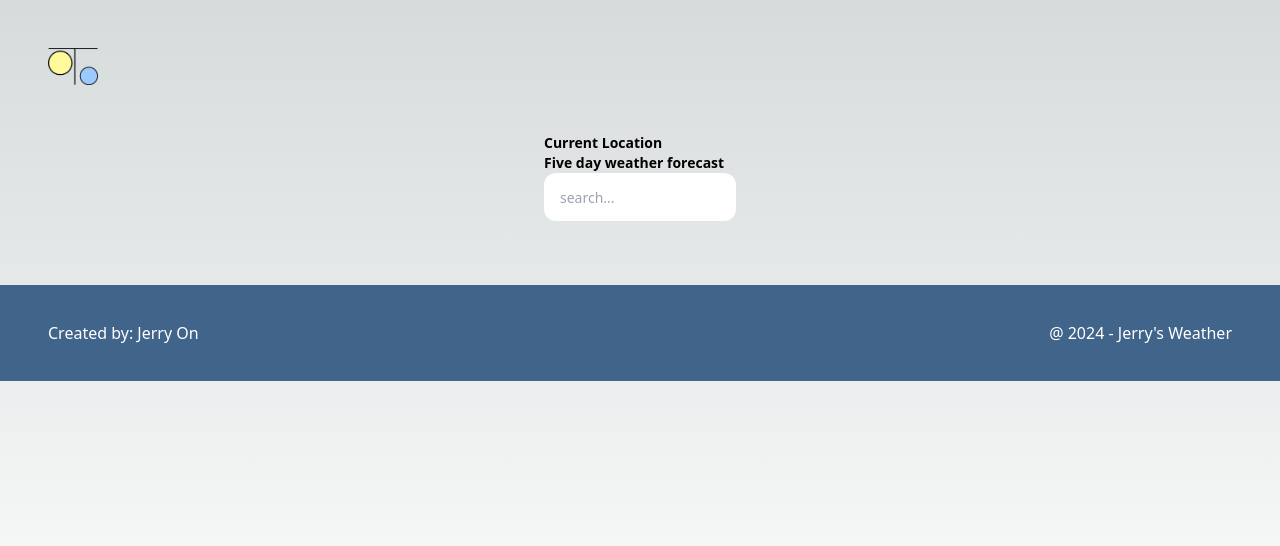
Repository: JerryWuOn/weatherAppMid
Page: /
The author's editor kept a copy of each file at every save. The page is drawn from the files as they stood at one save, then again after the next save.
The browser window is 1280 px wide. The pictures show the whole page.
The project was rebuilt for these pictures with package versions that can differ from the ones it lists, and the page was loaded fresh each time. The framework's server and built-in components were replaced by stand-ins that run in the browser. Also part of the build but not shown: next.config.mjs.

Above is the page before, as saved 2024-02-12 17:24:16.

### src/pages/index.tsx

import Header from "@/components/Header";
import Footer from "@/components/Footer";
import { useState} from "react";

export default function Home() {
  const [data,setData] = useState<IWeather | null>(null);
  const [location, setLocation] = useState('');

    const handleLocation = (e) => {
        setLocation(e.target.value);
    }

    const handleSubmit = (e) => {
        e.preventDefault();
        const city = e.target.value;
        const apiKey = "fa86376a0b2615057a19374755185488"
        const API_URL = `https://api.openweathermap.org/data/2.5/weather?q=${location}&appid=${apiKey}`

        fetch(API_URL)
      .then(response => response.json())
      .then(response => {
        console.log(response);
        setData(response);
      })
      .catch(err => {
        console.log(err);
      })
    }



  return (
    <main className="flex flex-col min-h-screen w-full">
      <div className="flex flex-col w-5xl justify-between w-full items-center  text-sm ">
        <div className="flex flex-row w-full items-center justify-between gap-x-4 p-12">
          <Header></Header>
        </div>
        <div className="flex flex-col">
          <div className="font-bold">Current Location</div>
          <div className="font-bold">Five day weather forecast</div>
          <form onSubmit={handleSubmit}>
            <input className="rounded-xl h-12 w-48 p-4" type="text" placeholder="search..." value={location} onChange={handleLocation}/>
          </form>

          {data && data.main && (
            <div>
              <h1>Temperature: {data.main.temp}</h1>
              <h1>Feels Like: {data.main.feels_like}</h1>
            </div>
          )}
        </div>
        </div>

        <div className="flex bg-footer w-full bg-fixed text-white mt-16 px-12">
          <div className="flex h-24 w-full items-center justify-between">
            <Footer/>
          </div>
        </div>

    </main>
  );
}

### src/components/Header/index.tsx
import { useState } from "react"
import Image from "next/image"

import Logo from "../../../public/images/jerryWeather.png"


export default function Header(){
    return (
        <div className="flex w-full">
            <div className="flex flex-row w-full items-center justify-between gap-x-4 ">
                <div className="flex justify-between">
                    <Image src={Logo} alt="logo" width={50} height={50}/>
                </div>
            </div>
        </div>
    )
}

### src/components/Footer/index.tsx
export default function Footer(){
    return (
        <div className="flex w-full items-center ">
            <div className="flex w-full items-center justify-between">
                <div className="flex px-18">
                    Created by: Jerry On
                </div>
                <div className="flex px-18">
                    @ 2024 - Jerry's Weather
                </div>
            </div>
        </div>
    )
}

### tailwind.config.ts
import type { Config } from "tailwindcss";

const config: Config = {
  content: [
    "./src/pages/**/*.{js,ts,jsx,tsx,mdx}",
    "./src/components/**/*.{js,ts,jsx,tsx,mdx}",
    "./src/app/**/*.{js,ts,jsx,tsx,mdx}",
  ],
  theme: {
    colors: {
      'footer' : '#41658A',
      'white' : '#FFFFFF'
    },
    extend: {
      backgroundImage: {
        "gradient-radial": "radial-gradient(var(--tw-gradient-stops))",
        "gradient-conic":
          "conic-gradient(from 180deg at 50% 50%, var(--tw-gradient-stops))",
      },
    },
  },
  plugins: [],
};
export default config;

Loaded but not shown: src/pages/_app.tsx (common file); src/pages/_document.tsx (common file); src/styles/globals.css (common file)

After the next save:
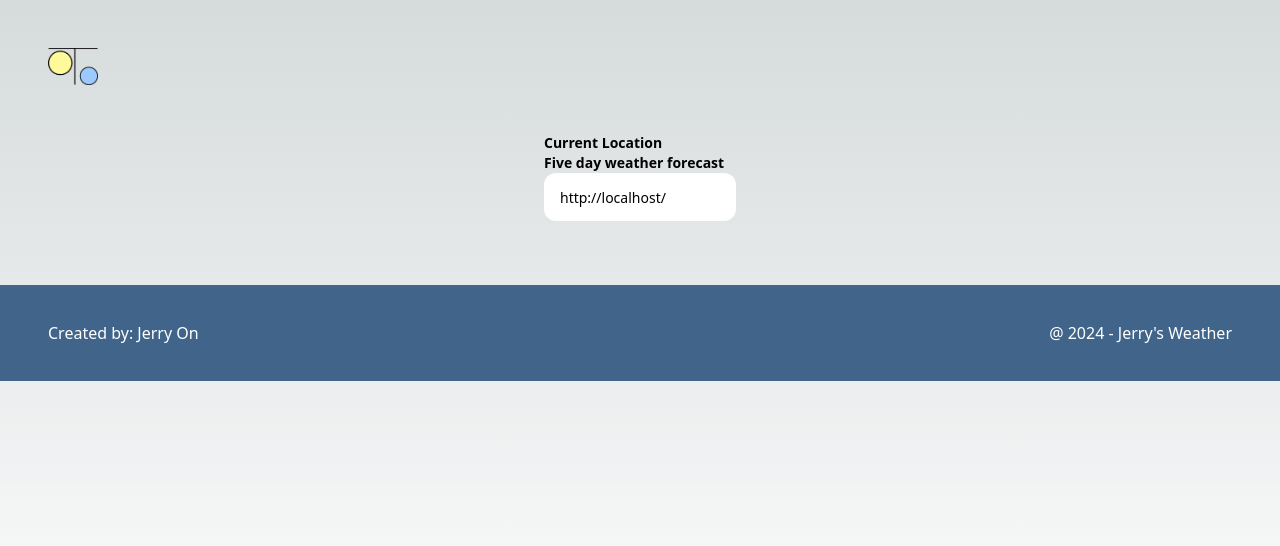
Saved 86 s later.
--- a/src/pages/index.tsx
+++ b/src/pages/index.tsx
@@ -5,17 +5,16 @@
 
 export default function Home() {
   const [data,setData] = useState<IWeather | null>(null);
-  const [location, setLocation] = useState('');
+  const [city, setCity] = useState('');
 
     const handleLocation = (e) => {
-        setLocation(e.target.value);
+        setCity(e.target.value);
     }
 
     const handleSubmit = (e) => {
         e.preventDefault();
-        const city = e.target.value;
         const apiKey = "fa86376a0b2615057a19374755185488"
-        const API_URL = `https://api.openweathermap.org/data/2.5/weather?q=${location}&appid=${apiKey}`
+        const API_URL = `https://api.openweathermap.org/data/2.5/weather?q=${city}&appid=${apiKey}`
 
         fetch(API_URL)
       .then(response => response.json())

After the save that followed:
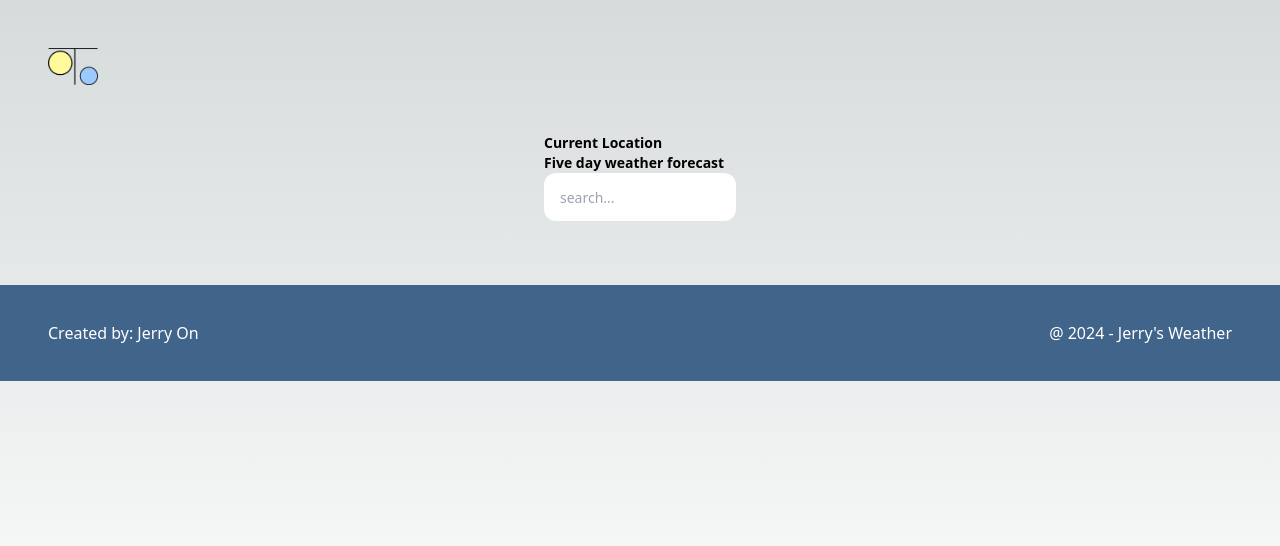
Saved 12 s later.
--- a/src/pages/index.tsx
+++ b/src/pages/index.tsx
@@ -39,7 +39,7 @@
           <div className="font-bold">Current Location</div>
           <div className="font-bold">Five day weather forecast</div>
           <form onSubmit={handleSubmit}>
-            <input className="rounded-xl h-12 w-48 p-4" type="text" placeholder="search..." value={location} onChange={handleLocation}/>
+            <input className="rounded-xl h-12 w-48 p-4" type="text" placeholder="search..." value={city} onChange={handleLocation}/>
           </form>
 
           {data && data.main && (
